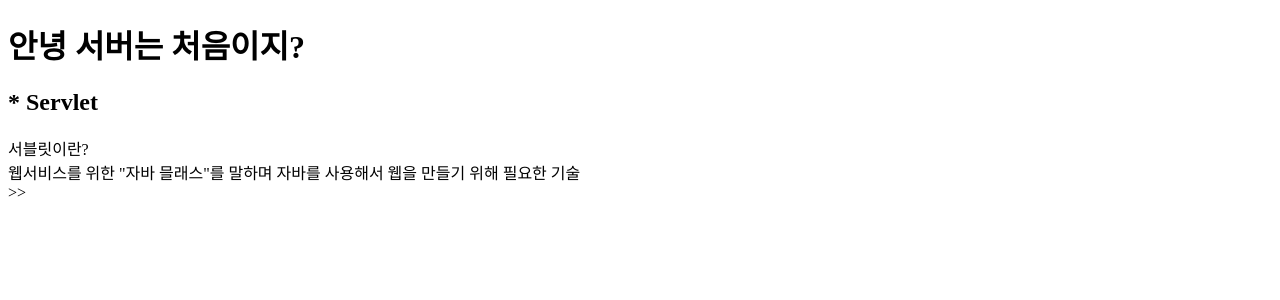
Repository: seunghee971015/Server_Work
Page: Servlet01/src/main/webapp/index.html
An editor plug-in stored every save of this project. The page is shown before and after the next save, followed by the edit.
The browser window is 1280 px wide. The pictures show the whole page.

Above is the page before, as saved 2023-10-11 00:32:41.

After the next save:
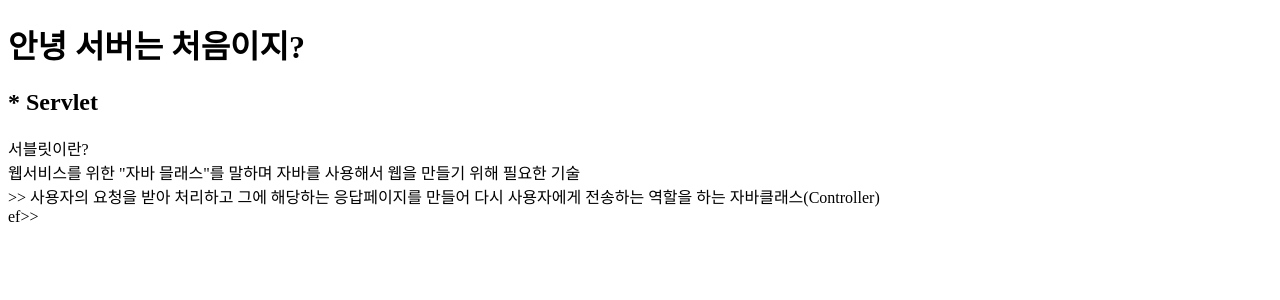
Saved 47 s later.
--- a/Servlet01/src/main/webapp/index.html
+++ b/Servlet01/src/main/webapp/index.html
@@ -11,7 +11,8 @@
 	<p>
 		서블릿이란? <br>
 		웹서비스를 위한 "자바 믈래스"를 말하며 자바를 사용해서 웹을 만들기 위해 필요한 기술<br>
-	>>
+		>> 사용자의 요청을 받아 처리하고 그에 해당하는 응답페이지를 만들어 다시 사용자에게 전송하는 역할을 하는 자바클래스(Controller)<br>
+		 ef>>
 	<p>
 
 </body>
